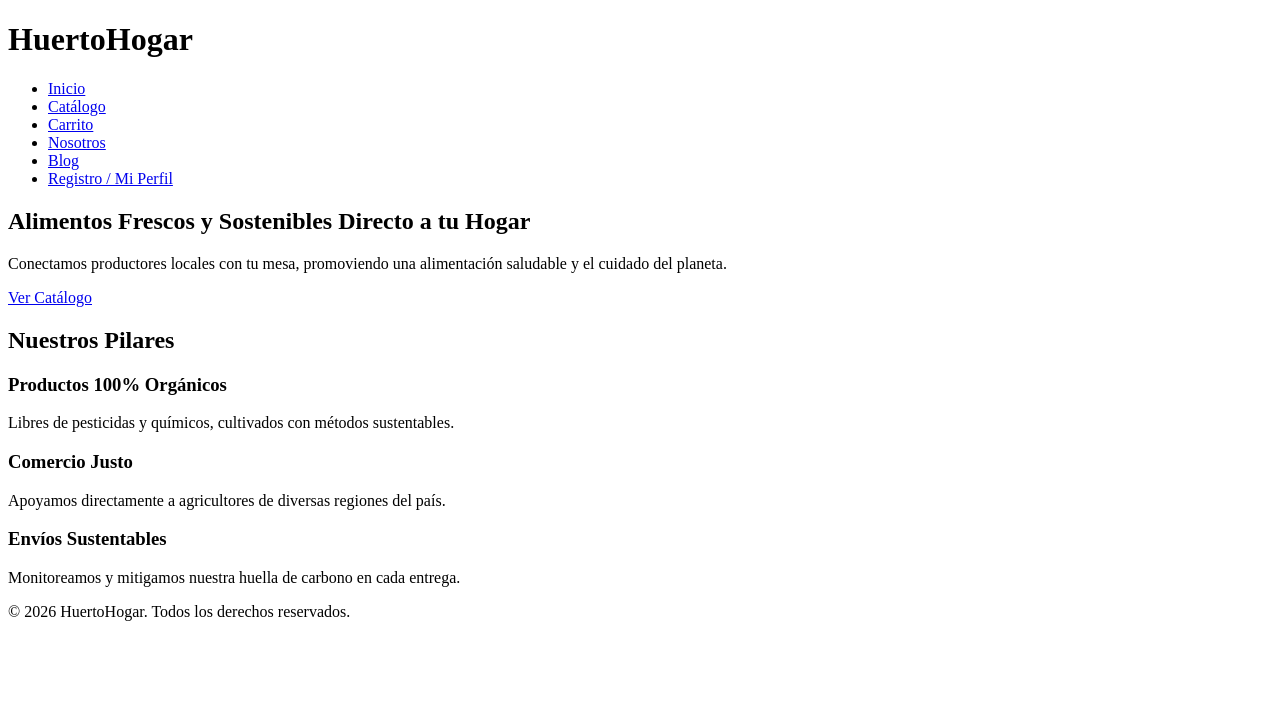
Repository: RottZen/Ev_1_Huerto_Hogar
Page: 1_inicio/index.html
An editor plug-in stored every save of this project. The page is shown before and after the next save, followed by the edit.
The browser window is 1280 px wide. The pictures show the whole page.

Above is the page before, as saved 2026-09-08 02:39:16.

### 1_inicio/index.html
<!DOCTYPE html>
<html lang="es">
<head>
    <meta charset="UTF-8">
    <meta name="viewport" content="width=device-width, initial-scale=1.0">
    <title>HuertoHogar - Inicio</title>
    <!-- ruta a las carpetas de css -->

    <link rel="stylesheet" href="../css/global.css">
    <link rel="stylesheet" href="../css/index.css">
</head>
<body>
    <header>
        <div class="logo">
            <h1>HuertoHogar</h1>
        </div>
        <nav>
            <ul>
                <li><a href="index.html" class="active">Inicio</a></li>
                <li><a href="catalogo.html">Catálogo</a></li>
                <li><a href="carrito.html">Carrito</a></li>
                <li><a href="nosotros.html">Nosotros</a></li>
                <li><a href="blog.html">Blog</a></li>
                <li><a href="registro.html">Registro / Mi Perfil</a></li>
            </ul>
        </nav>
    </header>

    <main>
        <section class="hero">
            <h2>Alimentos Frescos y Sostenibles Directo a tu Hogar</h2>
            <p>Conectamos productores locales con tu mesa, promoviendo una alimentación saludable y el cuidado del planeta.</p>
            <a href="catalogo.html" class="btn">Ver Catálogo</a>
        </section>

        <section class="destacados">
            <h2>Nuestros Pilares</h2>
            <article>
                <h3>Productos 100% Orgánicos</h3>
                <p>Libres de pesticidas y químicos, cultivados con métodos sustentables.</p>
            </article>
            <article>
                <h3>Comercio Justo</h3>
                <p>Apoyamos directamente a agricultores de diversas regiones del país.</p>
            </article>
            <article>
                <h3>Envíos Sustentables</h3>
                <p>Monitoreamos y mitigamos nuestra huella de carbono en cada entrega.</p>
            </article>
        </section>
    </main>

    <footer>
        <p>&copy; 2026 HuertoHogar. Todos los derechos reservados.</p>
    </footer>
    <script src="../js/datos.js"></script>
</body>
</html>

### js/datos.js
const productos = [
    {
        "Codigo": "FR001",
        "nombre": "Manzanas fuji",
        "categoria": "frutas",
        "precio": 1200,
        "unidad": "kg",
        "imagen": "../img/manzanas-fuji.jpg",
        "descripcion": "Jugosas y ricas en vitamina C, ideales para zumos frescos y refrescantes.",
        "origen": "Chile",
        "stock": 200
    },
    {
        "Codigo": "FR002",
        "nombre": "Naranjas Valencia",
        "categoria": "frutas",
        "precio": 1000,
        "unidad": "kg",
        "imagen": "../img/naranjas-valencia.jpg",
        "descripcion": "Jugosas y ricas en vitamina C, ideales para zumos frescos y refrescantes.",
        "origen": "Chile",
        "stock": 200
    },
    {
        "Codigo": "FR003",
        "nombre": "Plátanos Cavendish",
        "categoria": "frutas",
        "precio": 800,
        "unidad": "kg",
        "imagen": "../img/platanos-cavendish.jpg",
        "descripcion": "Plátanos maduros y dulces, perfectos para el desayuno o como snack energético.",
        "origen": "Chile",
        "stock": 250
    },
    {
        "Codigo": "VR001",
        "nombre": "Zanahorias Orgánicas",
        "categoria": "verduras",
        "precio": 900,
        "unidad": "kg",
        "imagen": "../img/zanahorias-organicas.jpg",
        "descripcion": "Zanahorias crujientes cultivadas sin pesticidas. Excelente fuente de vitamina A y fibra.",
        "origen": "Región de O'Higgins",
        "stock": 100
    },
    {
        "Codigo": "VR002",
        "nombre": "Espinacas Frescas",
        "categoria": "verduras",
        "precio": 700,
        "unidad": "bolsa 500g",
        "imagen": "../img/espinacas-frescas.jpg",
        "descripcion": "Espinacas frescas y nutritivas, perfectas para ensaladas y batidos verdes.",
        "origen": "Chile",
        "stock": 80
    },
    {
        "Codigo": "VR003",
        "nombre": "Pimientos Tricolores",
        "categoria": "verduras",
        "precio": 1500,
        "unidad": "kg",
        "imagen": "../img/pimientos-tricolores.jpg",
        "descripcion": "Pimientos rojos, amarillos y verdes, ideales para salteados y platos coloridos.",
        "origen": "Chile",
        "stock": 120
    },
    {
        "Codigo": "PO001",
        "nombre": "Miel Orgánica",
        "categoria": "organicos",
        "precio": 5000,
        "unidad": "frasco 500g",
        "imagen": "../img/miel-organica.jpg",
        "descripcion": "Miel pura y orgánica producida por apicultores locales. Rica en antioxidantes y con un sabor inigualable.",
        "origen": "Región de La Araucanía",
        "stock": 50
    },
    {
        "Codigo": "PO003",
        "nombre": "Quinua Orgánica",
        "categoria": "organicos",
        "precio": 3200,
        "unidad": "bolsa 1kg",
        "imagen": "../img/quinua-organica.jpg",
        "descripcion": "Quinua orgánica, alta en proteínas y libre de gluten, ideal para una alimentación saludable.",
        "origen": "Chile",
        "stock": 35
    },
    {
        "Codigo": "PL001",
        "nombre": "Leche Entera",
        "categoria": "lacteos",
        "precio": 1100,
        "unidad": "litro",
        "imagen": "../img/leche-entera.jpg",
        "descripcion": "Leche entera proveniente de granjas locales, rica en calcio y nutrientes esenciales.",
        "origen": "Chile",
        "stock": 90
    }
];


function obtenerCarrito() {
    const carritoGuardado = localStorage.getItem("carritoHuertoHogar");
    return carritoGuardado ? JSON.parse(carritoGuardado) : [];
}

function guardarCarrito(carrito) {
    localStorage.setItem("carritoHuertoHogar",JSON.stringify(carrito));
    actualizarContadorCarrito()
}

function agregarAlCarrito(codProducto,cantidad = 1) {
    const producto = productos.find(p => p.Codigo == codProducto);
    if (!producto){
        console.error("Producto no encontrado");
        return;
    }
    const carrito = obtenerCarrito();
    const itemExistente = carrito.find(item => item.Codigo == codProducto);
    if (itemExistente) {
        itemExistente.cantidad += cantidad;
    } else {
        carrito.push({
            "Codigo" : producto.Codigo,
            "nombre" : producto.nombre,
            "precio" : producto.precio,
            "imagen" : producto.imagen,
            "cantidad" : cantidad
        });
    }
    guardarCarrito()
}

function eliminarDelCarrito(codProducto) {
    let carrito = obtenerCarrito();
    carrito = carrito.filter(item => item.Codigo !== codProducto);
    guardarCarrito(carrito);
    renderizarCarrito();
}

function actualizarCantidad(codProducto, nuevaCantidad) {
    const carrito = obtenerCarrito();
    const item = carrito.find(item => item.Codigo === codProducto);

    if (item && nuevaCantidad > 0) {
        item.cantidad = nuevaCantidad;
        guardarCarrito(carrito);
        renderizarCarrito();
    }
}

function calcularTotalCarrito() {
    const carrito = obtenerCarrito();
    return carrito.reduce((total, item) => total + (item.precio * item.cantidad), 0);
}

function actualizarContadorCarrito() {
    const contador = document.querySelector(".contador-carrito");
    if (!contador) {
        return;
    }
    const carrito = obtenerCarrito();
    const productostotales = carrito.reduce((total, item) => total + item.cantidad, 0);
    contador.textContent = productostotales;
}

function renderizarProductos(listaProductos = productos) {
    const contenedor = document.querySelector(".grid-productos");
    if (!contenedor) return;

    contenedor.innerHTML = "";

    listaProductos.forEach(producto => {
        const tarjeta = document.createElement("article");
        tarjeta.classList.add("tarjeta-producto");
        tarjeta.innerHTML = `
            <img src="${producto.imagen}" alt="${producto.nombre}">
            <h3>${producto.nombre}</h3>
            <p class="origen">${producto.origen}</p>
            <p class="precio">$${producto.precio.toLocaleString("es-CL")} / ${producto.unidad}</p>
            <button class="btn" onclick="agregarAlCarrito(${producto.Codigo})">Agregar al carrito</button>
        `;
        contenedor.appendChild(tarjeta);
    });
}

function filtrarPorCategoria(categoria) {
    if (categoria === "todos") {
        renderizarProductos(productos);
    } else {
        const filtrados = productos.filter(p => p.categoria === categoria);
        renderizarProductos(filtrados);
    }
}

// Dibuja el contenido del carrito en carrito.html
function renderizarCarrito() {
    const contenedor = document.querySelector(".lista-carrito");
    if (!contenedor) return;

    const carrito = obtenerCarrito();
    contenedor.innerHTML = "";

    if (carrito.length === 0) {
        contenedor.innerHTML = "<p>Tu carrito está vacío.</p>";
    } else {
        carrito.forEach(item => {
            const fila = document.createElement("div");
            fila.classList.add("item-carrito");
            fila.innerHTML = `
                <img src="${item.imagen}" alt="${item.nombre}">
                <span>${item.nombre}</span>
                <input type="number" min="1" value="${item.cantidad}"
                    onchange="actualizarCantidad(${item.Codigo}, parseInt(this.value))">
                <span>$${(item.precio * item.cantidad).toLocaleString("es-CL")}</span>
                <button onclick="eliminarDelCarrito(${item.Codigo})">Eliminar</button>
            `;
            contenedor.appendChild(fila);
        });
    }

    const totalElemento = document.querySelector(".total-carrito");
    if (totalElemento) {
        totalElemento.textContent = `Total: $${calcularTotalCarrito().toLocaleString("es-CL")}`;
    }
}

document.addEventListener("DOMContentLoaded", () => {
    actualizarContadorCarrito();
    renderizarProductos();
    renderizarCarrito();
})

### 7_comunes/global.css
/* tipografia */
@import url('https://fonts.googleapis.com/css2?family=Montserrat:wght@400;600&family=Playfair+Display:wght@600;700&display=swap');

/* variable colores of */
:root{
    --blanco-suave: #f6f6f6;
    --verde-esmeralda: #2e8b57;
    --amarillo-mostaza: #ffd700;
    --marron-claro: #8B4513;
    --gris-oscuro: #333333;
    --gris-medio: #666666;

}
.logo-header{
    height: 70px;
    width: auto;
    object-fit: contain;

}

/* configuracion base */
body{
    background-color: var(--blanco-suave);
    color : var(--gris-oscuro);
    font-family: 'Montserrat', sans-serif;
}

h1, h2, h3, h4{
    font-family: 'Playfair Display', serif;
    color: var(--marron-claro)
}


/* sobreescribir botones feos de bootstrap */

.btn-primary{
    background-color: var(--verde-esmeralda) !important;
    border-color: var(--verde-esmeralda) !important;
    color: white !important;
}
.btn-primary:hover{
    background-color: #246b43 !important; /*mas oscurito pa q se note la interaccion */
    border-color: #246b43 !important;
}
.btn-warning{
    background-color: var(--amarillo-mostaza) !important;
    border-color: var(--amarillo-mostaza) !important;
    color: var(--gris-oscuro) !important;
}

### 7_comunes/datos.js
const productos = [
    {
        "Codigo": "FR001",
        "nombre": "Manzanas fuji",
        "categoria": "frutas",
        "precio": 1200,
        "unidad": "kg",
        "imagen": "../img/manzanas-fuji.jpg",
        "descripcion": "Jugosas y ricas en vitamina C, ideales para zumos frescos y refrescantes.",
        "origen": "Chile",
        "stock": 200
    },
    {
        "Codigo": "FR002",
        "nombre": "Naranjas Valencia",
        "categoria": "frutas",
        "precio": 1000,
        "unidad": "kg",
        "imagen": "../img/naranjas-valencia.jpg",
        "descripcion": "Jugosas y ricas en vitamina C, ideales para zumos frescos y refrescantes.",
        "origen": "Chile",
        "stock": 200
    },
    {
        "Codigo": "FR003",
        "nombre": "Plátanos Cavendish",
        "categoria": "frutas",
        "precio": 800,
        "unidad": "kg",
        "imagen": "../img/platanos-cavendish.jpg",
        "descripcion": "Plátanos maduros y dulces, perfectos para el desayuno o como snack energético.",
        "origen": "Chile",
        "stock": 250
    },
    {
        "Codigo": "VR001",
        "nombre": "Zanahorias Orgánicas",
        "categoria": "verduras",
        "precio": 900,
        "unidad": "kg",
        "imagen": "../img/zanahorias-organicas.jpg",
        "descripcion": "Zanahorias crujientes cultivadas sin pesticidas. Excelente fuente de vitamina A y fibra.",
        "origen": "Región de O'Higgins",
        "stock": 100
    },
    {
        "Codigo": "VR002",
        "nombre": "Espinacas Frescas",
        "categoria": "verduras",
        "precio": 700,
        "unidad": "bolsa 500g",
        "imagen": "../img/espinacas-frescas.jpg",
        "descripcion": "Espinacas frescas y nutritivas, perfectas para ensaladas y batidos verdes.",
        "origen": "Chile",
        "stock": 80
    },
    {
        "Codigo": "VR003",
        "nombre": "Pimientos Tricolores",
        "categoria": "verduras",
        "precio": 1500,
        "unidad": "kg",
        "imagen": "../img/pimientos-tricolores.jpg",
        "descripcion": "Pimientos rojos, amarillos y verdes, ideales para salteados y platos coloridos.",
        "origen": "Chile",
        "stock": 120
    },
    {
        "Codigo": "PO001",
        "nombre": "Miel Orgánica",
        "categoria": "organicos",
        "precio": 5000,
        "unidad": "frasco 500g",
        "imagen": "../img/miel-organica.jpg",
        "descripcion": "Miel pura y orgánica producida por apicultores locales. Rica en antioxidantes y con un sabor inigualable.",
        "origen": "Región de La Araucanía",
        "stock": 50
    },
    {
        "Codigo": "PO003",
        "nombre": "Quinua Orgánica",
        "categoria": "organicos",
        "precio": 3200,
        "unidad": "bolsa 1kg",
        "imagen": "../img/quinua-organica.jpg",
        "descripcion": "Quinua orgánica, alta en proteínas y libre de gluten, ideal para una alimentación saludable.",
        "origen": "Chile",
        "stock": 35
    },
    {
        "Codigo": "PL001",
        "nombre": "Leche Entera",
        "categoria": "lacteos",
        "precio": 1100,
        "unidad": "litro",
        "imagen": "../img/leche-entera.jpg",
        "descripcion": "Leche entera proveniente de granjas locales, rica en calcio y nutrientes esenciales.",
        "origen": "Chile",
        "stock": 90
    }
];


function obtenerCarrito() {
    const carritoGuardado = localStorage.getItem("carritoHuertoHogar");
    return carritoGuardado ? JSON.parse(carritoGuardado) : [];
}

function guardarCarrito(carrito) {
    localStorage.setItem("carritoHuertoHogar",JSON.stringify(carrito));
    actualizarContadorCarrito()
}

function agregarAlCarrito(codProducto,cantidad = 1) {
    const producto = productos.find(p => p.Codigo == codProducto);
    if (!producto){
        console.error("Producto no encontrado");
        return;
    }
    const carrito = obtenerCarrito();
    const itemExistente = carrito.find(item => item.Codigo == codProducto);
    if (itemExistente) {
        itemExistente.cantidad += cantidad;
    } else {
        carrito.push({
            "Codigo" : producto.Codigo,
            "nombre" : producto.nombre,
            "precio" : producto.precio,
            "imagen" : producto.imagen,
            "cantidad" : cantidad
        });
    }
    guardarCarrito(carrito)
}

function eliminarDelCarrito(codProducto) {
    let carrito = obtenerCarrito();
    carrito = carrito.filter(item => item.Codigo !== codProducto);
    guardarCarrito(carrito);
    renderizarCarrito();
}

function actualizarCantidad(codProducto, nuevaCantidad) {
    const carrito = obtenerCarrito();
    const item = carrito.find(item => item.Codigo === codProducto);

    if (item && nuevaCantidad > 0) {
        item.cantidad = nuevaCantidad;
        guardarCarrito(carrito);
        renderizarCarrito();
    }
}

function calcularTotalCarrito() {
    const carrito = obtenerCarrito();
    return carrito.reduce((total, item) => total + (item.precio * item.cantidad), 0);
}

function actualizarContadorCarrito() {
    const contador = document.querySelector("#contador-carrito");
    if (!contador) {
        return;
    }
    const carrito = obtenerCarrito();
    const productostotales = carrito.reduce((total, item) => total + item.cantidad, 0);
    contador.textContent = productostotales;
}

function renderizarProductos(listaProductos = productos) {
    const contenedor = document.querySelector(".grid-productos");
    if (!contenedor) return;

    contenedor.innerHTML = "";

    listaProductos.forEach(producto => {
        const tarjeta = document.createElement("article");
        tarjeta.classList.add("tarjeta-producto");
        tarjeta.innerHTML = `
            <img src="${producto.imagen}" alt="${producto.nombre}">
            <h3>${producto.nombre}</h3>
            <p class="origen">${producto.origen}</p>
            <p class="precio">$${producto.precio.toLocaleString("es-CL")} / ${producto.unidad}</p>
            <button class="btn" onclick="agregarAlCarrito('${producto.Codigo}')">Agregar al carrito</button>
        `;
        contenedor.appendChild(tarjeta);
    });
}

function filtrarPorCategoria(categoria) {
    if (categoria === "todos") {
        renderizarProductos(productos);
    } else {
        const filtrados = productos.filter(p => p.categoria === categoria);
        renderizarProductos(filtrados);
    }
}

// Dibuja el contenido del carrito en carrito.html
function renderizarCarrito() {
    const contenedor = document.querySelector("#tabla-carrito");
    if (!contenedor) return;

    const carrito = obtenerCarrito();
    contenedor.innerHTML = "";

    if (carrito.length === 0) {
        contenedor.innerHTML = '<tr><td colspan="5" class="text-center py-4 text-muted">El carrito está vacío</td></tr>';
    } else {
        carrito.forEach(item => {
            const fila = document.createElement("tr");
            fila.classList.add("item-carrito");
            fila.innerHTML = `
                <td class="d-flex align-items-center">
                    <img src="${item.imagen}" alt="${item.nombre}" style="width : 50px; height: 50px; object-fit: cover;" class= "rounded me-2">
                    <span>${item.nombre}</span>
                </td>
                <td>$${item.precio.toLocaleString("es-CL")}</td>
                <td>
                    <input type="number" class="form-control form-control-sm" style="width: 70px;" min="1" value="${item.cantidad}"
                        onchange="actualizarCantidad('${item.Codigo}', parseInt(this.value))">

                </td>
                <td>
                    <span class="fw-bold text-success ms-2">
                    $${(item.precio * item.cantidad).toLocaleString("es-CL")}</span>
                </td>
                <td>
                    <button class="btn btn-danger btn-sm" onclick="eliminarDelCarrito('${item.Codigo}')">Eliminar</button>
                </td>
                `;
                contenedor.appendChild(fila);
            });
        }

    const totalElemento = document.querySelector("#total-carrito");
    const subtotalElemento = document.querySelector("#subtotal-carrito");

    if (totalElemento && subtotalElemento) {
        const totalCalculado = calcularTotalCarrito().toLocaleString("es-CL");
        subtotalElemento.textContent = `Subtotal: $${totalCalculado} CLP`;
        totalElemento.textContent = `Total: $${calcularTotalCarrito().toLocaleString("es-CL")}`;
    }
}

document.addEventListener("DOMContentLoaded", () => {
    actualizarContadorCarrito();
    renderizarProductos();
    renderizarCarrito();
})

Loaded but not shown: css/global.css (no stored copy; drawn as an empty file); css/index.css (no stored copy; drawn as an empty file)

After the next save:
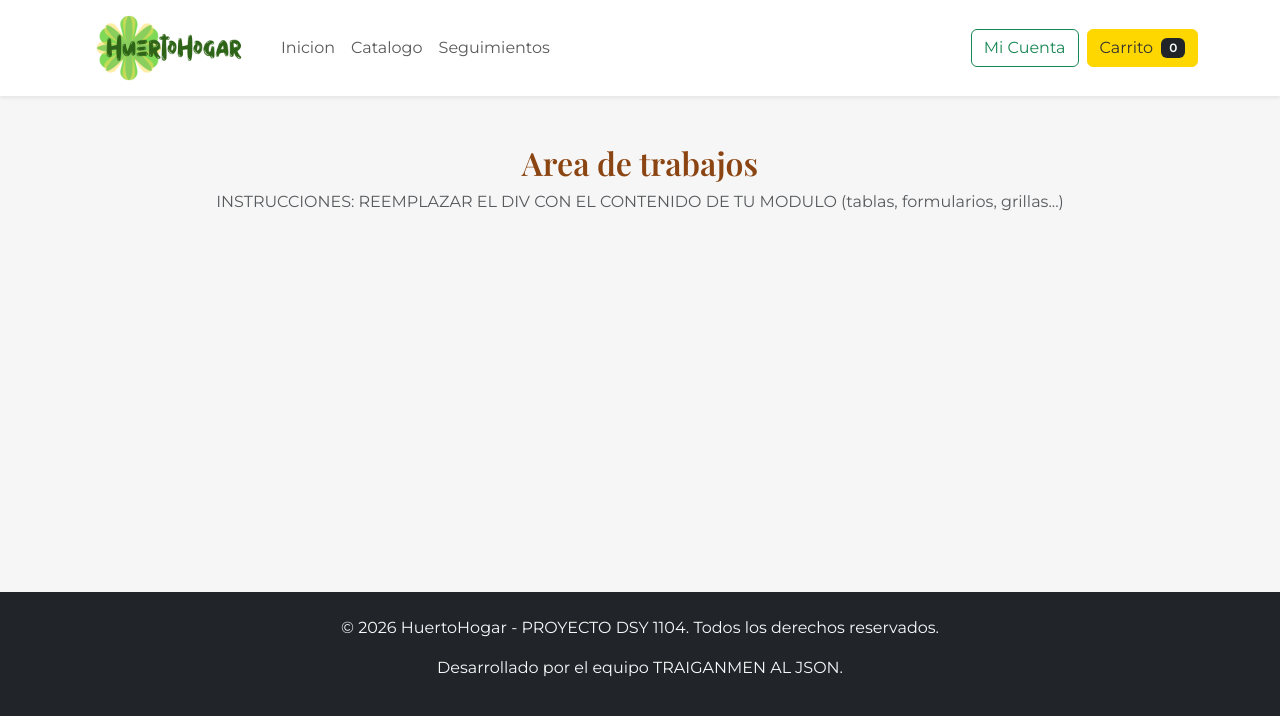
Saved 13 h 18 min later.
--- a/1_inicio/index.html
+++ b/1_inicio/index.html
@@ -3,56 +3,62 @@
 <head>
     <meta charset="UTF-8">
     <meta name="viewport" content="width=device-width, initial-scale=1.0">
-    <title>HuertoHogar - Inicio</title>
-    <!-- ruta a las carpetas de css -->
+    <title>Plantilla Base - HuertoHogar</title>
+    <link href="https://cdn.jsdelivr.net/npm/bootstrap@5.3.2/dist/css/bootstrap.min.css" rel="stylesheet">
+    <link href="https://fonts.googleapis.com/css2?family=Montserrat:wght@400;600&family=Playfair+Display:wght@600;700&display=swap" rel="stylesheet">
+    <link rel="stylesheet" href="../7_comunes/global.css">
 
-    <link rel="stylesheet" href="../css/global.css">
-    <link rel="stylesheet" href="../css/index.css">
 </head>
-<body>
+<body class="d-flex flex-column min-vh-100">
+    <!-- menu de navegacion -->
     <header>
-        <div class="logo">
-            <h1>HuertoHogar</h1>
-        </div>
-        <nav>
-            <ul>
-                <li><a href="index.html" class="active">Inicio</a></li>
-                <li><a href="catalogo.html">Catálogo</a></li>
-                <li><a href="carrito.html">Carrito</a></li>
-                <li><a href="nosotros.html">Nosotros</a></li>
-                <li><a href="blog.html">Blog</a></li>
-                <li><a href="registro.html">Registro / Mi Perfil</a></li>
-            </ul>
+        <nav class="navbar navbar-expand-lg nav-light bg-white shadow-sm">
+            <div class="container">
+                <a class="navbar-brand" href="../1_inicio/index.HTML">
+                    <img src="../assets/img/logo.png" alt="Logo HuertoHogar" class="logo-header d-inline-block align-text-center">
+                </a>
+                <button class="navbar-toggler" type="button" data-bs-toggle="collapse" data-bs-target="#menuNavegacion">
+                    <span class="navbar-toggler-icon"></span>
+                </button>
+
+                <div class="collapse navbar-collapse" id="menuNavegacion">
+                    <ul class="navbar-nav me-auto mb-2 mb-lg-0">
+                        <li class="nav-item"><a class="nav-link" href="../1_inicio/index.html">Inicion</a></li>
+                        <li class="nav-item"><a class="nav-link" href="../2_catalogo/catalogo.html">Catalogo</a></li>
+                        <li class="nav-item"><a class="nav-link" href="../6_seguimiento/rastreo.html">Seguimientos</a></li>
+                    </ul>
+                    <div class="d-flex gap-2">
+                        <a href="../4_autenticacion/registro.html" class="btn btn-outline-success">Mi Cuenta</a>
+                        <!-- boton del carrito de compras con contador dinamico js KU -->
+                        <a href="../3_carrito/carrito.html" class="btn btn-warning">
+                            Carrito <span class="badge bg-dark ms-1" id="contador-carrito">0</span>
+                        </a>
+                    </div>
+                </div>
+            </div>
         </nav>
     </header>
 
-    <main>
-        <section class="hero">
-            <h2>Alimentos Frescos y Sostenibles Directo a tu Hogar</h2>
-            <p>Conectamos productores locales con tu mesa, promoviendo una alimentación saludable y el cuidado del planeta.</p>
-            <a href="catalogo.html" class="btn">Ver Catálogo</a>
-        </section>
+    <!-- MAIN CONTENEDOR DINAMICO -->
+    <main class="container my-5 flex-grow-1">
+        <div class="text-center text-muted p5 border-dashed rounded">
+            <h2>Area de trabajos</h2>
+            <p>INSTRUCCIONES: REEMPLAZAR EL DIV CON EL CONTENIDO DE TU MODULO (tablas, formularios, grillas...)</p>
+        </div>
 
-        <section class="destacados">
-            <h2>Nuestros Pilares</h2>
-            <article>
-                <h3>Productos 100% Orgánicos</h3>
-                <p>Libres de pesticidas y químicos, cultivados con métodos sustentables.</p>
-            </article>
-            <article>
-                <h3>Comercio Justo</h3>
-                <p>Apoyamos directamente a agricultores de diversas regiones del país.</p>
-            </article>
-            <article>
-                <h3>Envíos Sustentables</h3>
-                <p>Monitoreamos y mitigamos nuestra huella de carbono en cada entrega.</p>
-            </article>
-        </section>
     </main>
+    <footer class="bg-dark text-light py-4 mt-auto">
+        <div class="container text-center">
+            <p>&copy; 2026 HuertoHogar - PROYECTO DSY 1104. Todos los derechos reservados.</p>
+            <p>Desarrollado por el equipo TRAIGANMEN AL JSON.</p>
+        </div>
+    </footer>
+    <script src="https://cdn.jsdelivr.net/npm/bootstrap@5.3.2/dist/js/bootstrap.bundle.min.js"></script>
+    <script src="../7_comunes/datos.js"></script>
 
-    <footer>
-        <p>&copy; 2026 HuertoHogar. Todos los derechos reservados.</p>
-    </footer>
-    <script src="../js/datos.js"></script>
+
+
+
+
 </body>
 </html>
